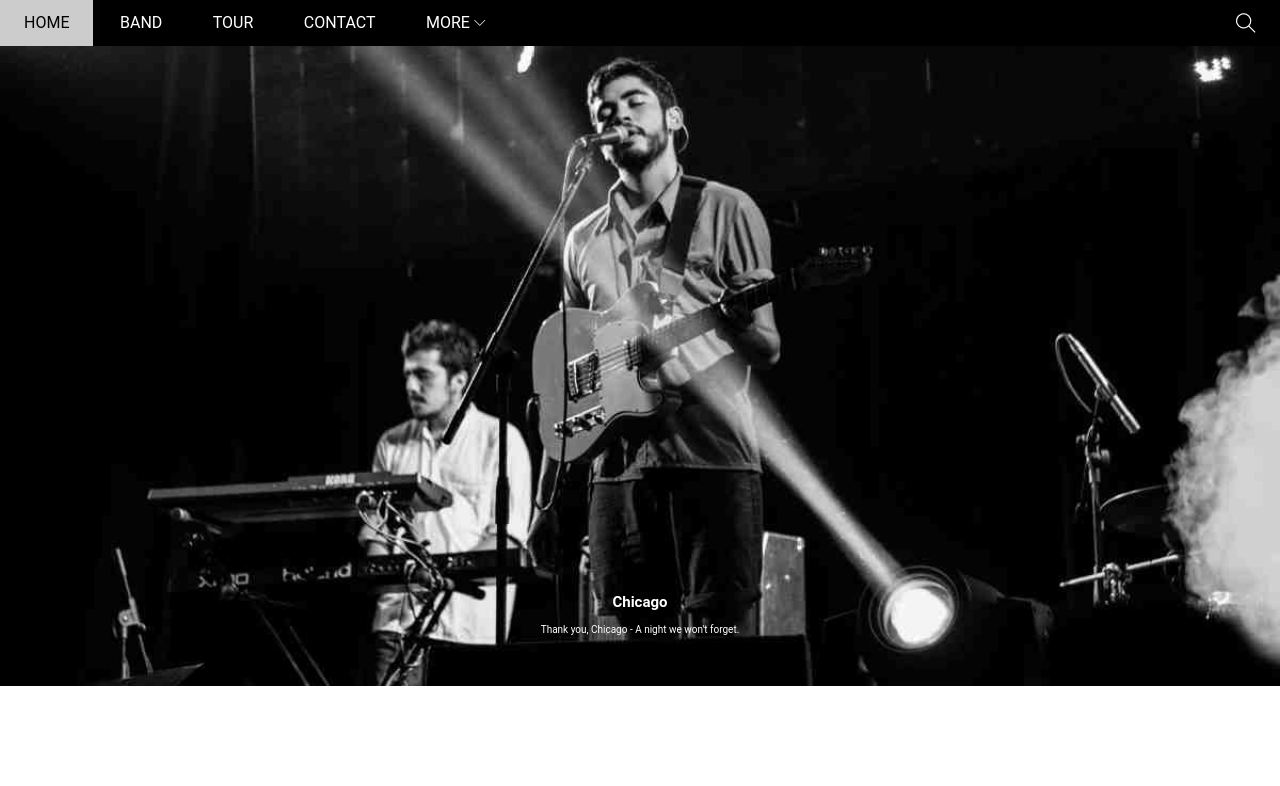
Repository: vuongld315/myLandingPage
Page: index.html
These files come from the project's save history. The page is drawn as it stood at one moment and after the next save; the edit follows.
The browser window is 1280 px wide. The pictures show the whole page.

Above is the page before, as saved 2022-07-22 13:05:08.

### index.html
<!DOCTYPE html>
<html lang="en">
<head>
    <meta charset="UTF-8">
    <meta http-equiv="X-UA-Compatible" content="IE=edge">
    <meta name="viewport" content="width=device-width, initial-scale=1.0">
    <title>Document</title>
    <link rel="stylesheet" href="./assets/css/main.css">
    <link rel="stylesheet" href="./assets/css/base.css">
    <link rel="stylesheet" href="./assets/fonts/themify-icons/themify-icons.css">
</head>
<body>
    <div id="main">
        <div id="header">
            <div id="nav">
                <ul>
                    <li><a href="">Home</a></li>
                    <li><a href="">Band</a></li>
                    <li><a href="">Tour</a></li>
                    <li><a href="">Contact</a></li>
                    <li>
                        <a href="#">
                            More
                            <i class="nav-arrow-down ti-angle-down"></i>
                        </a>
                        <ul class="subnav">
                            <li><a href="">Merchadise</a></li>
                            <li><a href="">Extras</a></li>
                            <li><a href="">Media</a></li>
                        </ul>
                    </li>
                </ul>
            </div>
            <div class="search-btn">
                <i class="search-icon ti-search"></i>
            </div>
        </div>

        <div id="slider">
            <div class="text-content">
                <h2 class="text-heading">Chicago</h2>
                <div class="text-desciption">Thank you, Chicago - A night we won't forget.</div>
            </div>
        </div>

        <div id="content">

        </div>

        <div id="footer">

        </div>
    </div>
</body>
</html>

### assets/css/main.css
*   {
    box-sizing: inherit;
}

body    {
    padding-bottom:100px ;
}

html    {
    font-size: 62.5%;
    line-height: 1.6rem;
    font-family: 'Roboto', sans-serif;
    box-sizing: border-box;
}

.gird   {
    width: 1200px;
    max-width: 100%;
    margin: 0 auto;
}

.gird__full-width   {
    width: 100%;
}

.gird__row  {
    display: flex;
    flex-wrap: wrap;
}

body    {
    margin: 0;
    padding: 0;
}

#header {
    height: 46px;
    background-color: #000;
    display: flex;
    align-items: center;
    justify-content: space-between;
    position: fixed;
    top: 0;
    right: 0;
    left: 0;
    z-index: 1;
}

#nav ul {
    padding: 0;
}

#nav li {
    display: inline-block;
    position: relative;
}

#nav > ul > li > a   {
    color: #fff;
    text-transform: uppercase;
    padding: 0 24px;
    line-height: 46px;
}

#nav li a   {
    text-decoration: none;
    font-size: 1.6rem;
    display: inline-block;

}

#nav .subnav li:hover,
#nav > ul > li:hover > a {
    color:#000;
    background-color: #ccc;

}

#nav > ul > li:hover .subnav    {
    display: block;
}

#nav .subnav    {
    display: none;
    position: absolute;
    background-color: #fff;
    width: 160px;
    box-shadow: 0 0 10px rgba(0 ,0 ,0 , .3);
}

#nav .subnav li {
    width: 100%;
    list-style: none;
    padding: 12px;

}

#nav .subnav a  {
    color: #000;
    font-size: 1.4rem;
}

.nav-arrow-down {
    font-size: 1.2rem;
}

#header .search-btn {
    font-size: 20px;
    color: #fff;
    padding: 13px 24px;
    height: 100%;
}

#header .search-btn:hover   {
    background-color: #f44336;
    cursor: pointer;
}

#slider {
    display: flex;
    justify-content: center;
    margin-top: 46px;
    padding-top: 50%;
    background: url('/assets/img/slider1.jpg') top center / cover no-repeat;
    position: relative;
}

.text-content  {
    position: absolute;
    color: #fff;
    bottom: 48px;
    display: flex;
    flex-direction: column;
    align-items: center;
}

#content {

}

#footer {

}

### assets/css/base.css
*   {
    box-sizing: inherit;
}

body    {
    padding-bottom:100px ;
}

html    {
    font-size: 62.5%;
    line-height: 1.6rem;
    font-family: 'Roboto', sans-serif;
    box-sizing: border-box;
}

.gird   {
    width: 1200px;
    max-width: 100%;
    margin: 0 auto;
}

.gird__full-width   {
    width: 100%;
}

.gird__row  {
    display: flex;
    flex-wrap: wrap;
}

Loaded but not shown: assets/fonts/themify-icons/themify-icons.css (common file)

After the next save:
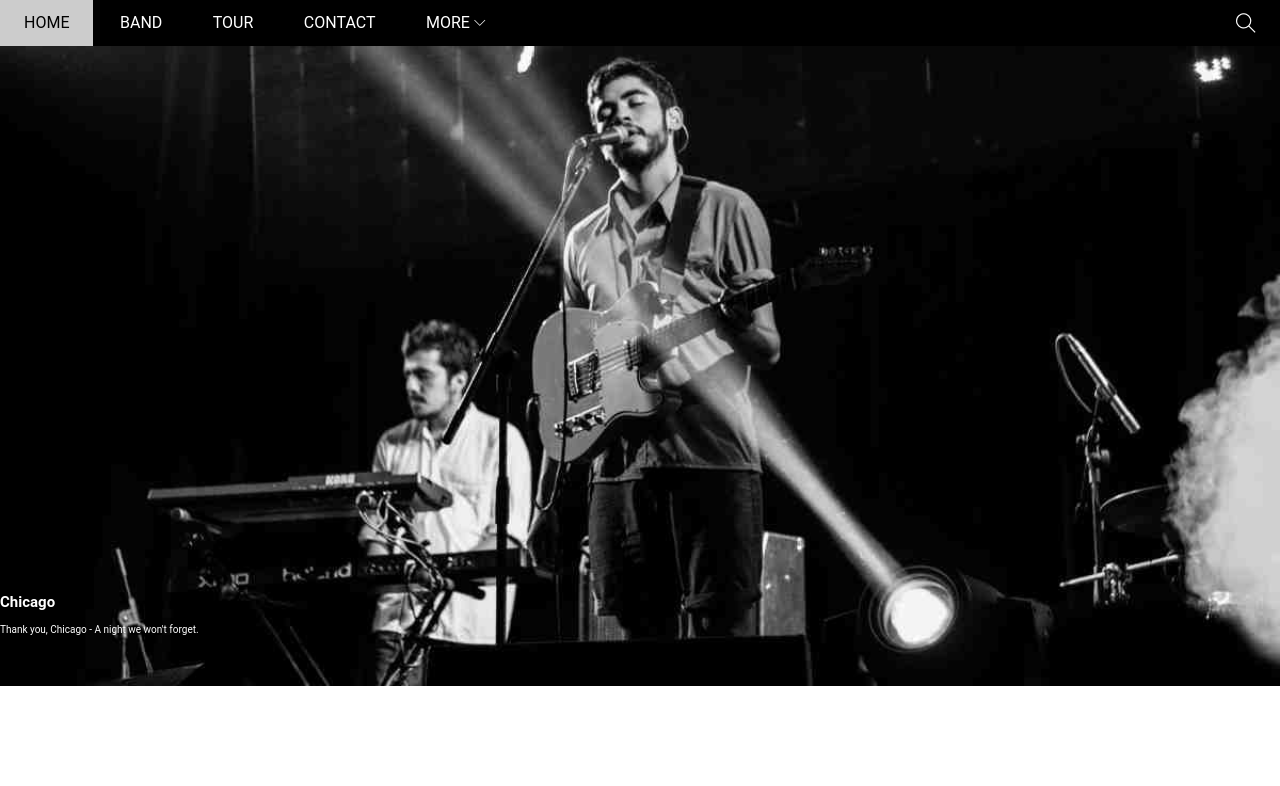
Saved 3 min 6 s later.
--- a/assets/css/main.css
+++ b/assets/css/main.css
@@ -129,9 +129,7 @@
     position: absolute;
     color: #fff;
     bottom: 48px;
-    display: flex;
-    flex-direction: column;
-    align-items: center;
+    width: 100%;
 }
 
 #content {

After the 5 saves that followed:
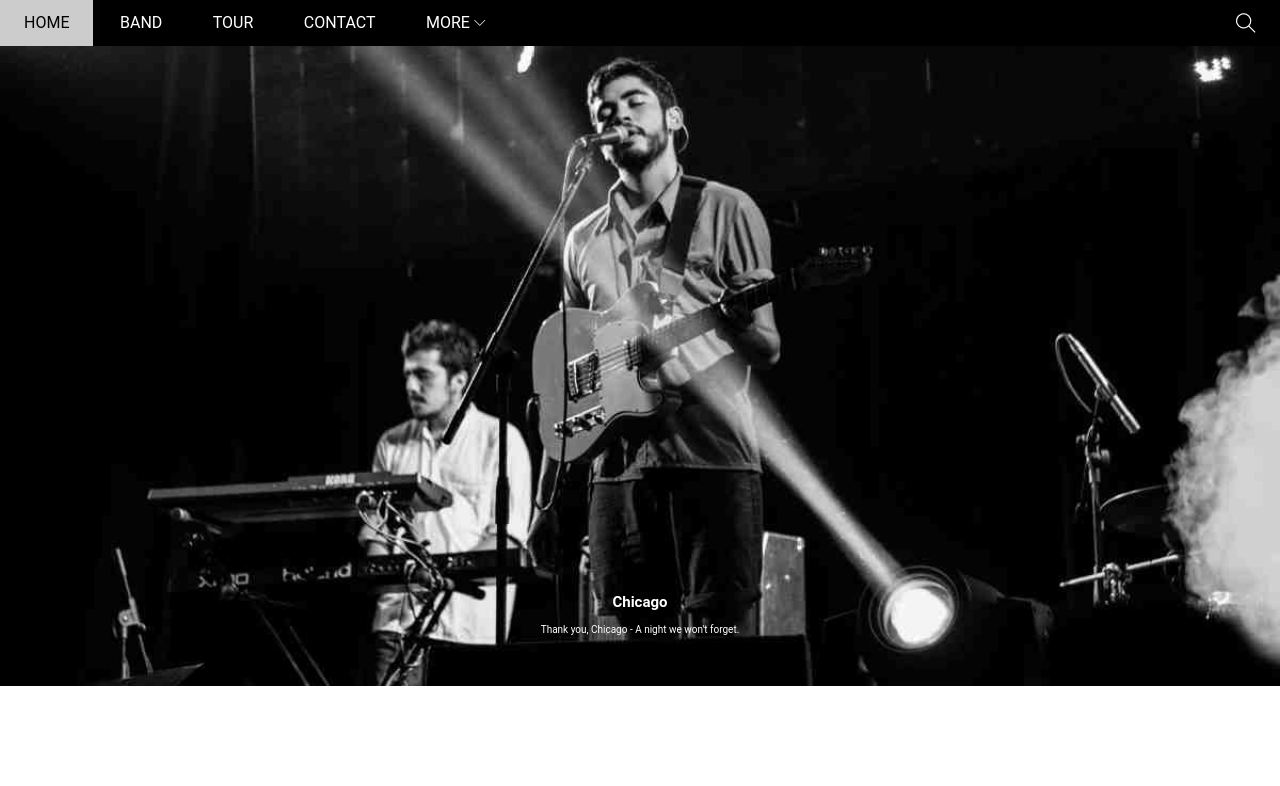
The 5 saves are shown as one change because 2 left the picture as it was and some came seconds apart.
The last was saved 69 s later.
--- a/assets/css/main.css
+++ b/assets/css/main.css
@@ -129,7 +129,9 @@
     position: absolute;
     color: #fff;
     bottom: 48px;
-    width: 100%;
+    display: flex;
+    flex-direction: column;
+    align-items: center;
 }
 
 #content {
